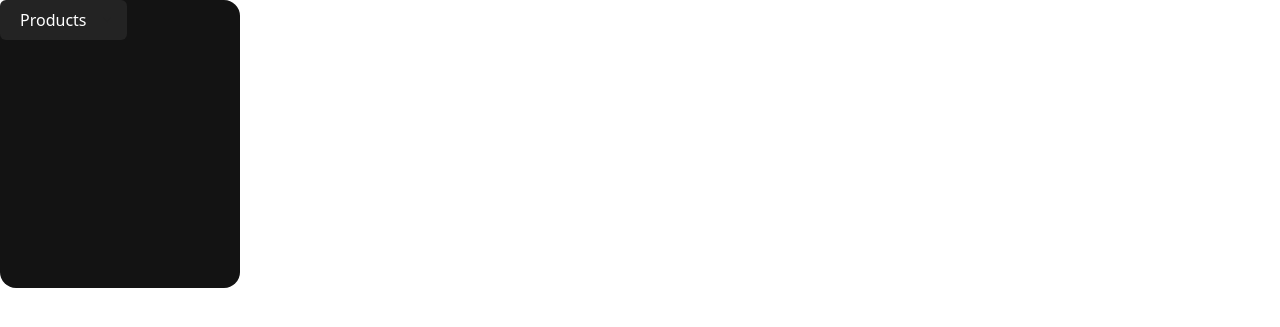
Repository: SayedJamil/Edvora-app
Page: /leftcard
These files come from the project's save history. The page is drawn as it stood at one moment and after a run of saves; the edit follows.
The browser window is 1280 px wide. The pictures show the whole page.
The project was rebuilt for these pictures with package versions that can differ from the ones it lists, and the page was loaded fresh each time. The framework's server and built-in components were replaced by stand-ins that run in the browser. Also part of the build but not shown: next.config.js.

Above is the page before, as saved 2021-12-19 16:01:52.

After the next 2 saves:
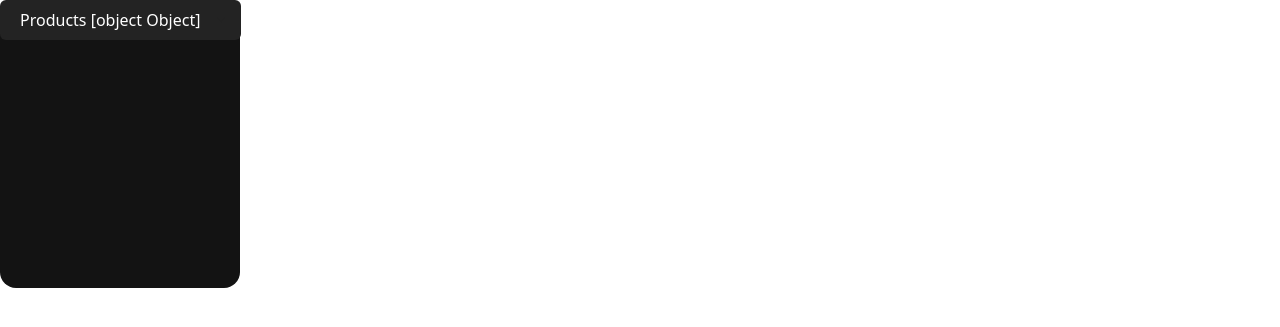
The 2 saves are shown as one change because they came seconds apart.
The last was saved 13 s later.
--- a/pages/leftcard.js
+++ b/pages/leftcard.js
@@ -5,7 +5,9 @@
             <div class="relative inline-flex">
                 <svg class="w-2 h-2 absolute top-0 right-0 m-4 pointer-events-none" xmlns="http://www.w3.org/2000/svg" viewBox="0 0 412 232"><path d="M206 171.144L42.678 7.822c-9.763-9.763-25.592-9.763-35.355 0-9.763 9.764-9.763 25.592 0 35.355l181 181c4.88 4.882 11.279 7.323 17.677 7.323s12.796-2.441 17.678-7.322l181-181c9.763-9.764 9.763-25.592 0-35.355-9.763-9.763-25.592-9.763-35.355 0L206 171.144z" fill="#232323" fill-rule="nonzero" /></svg>
                 <select class="rounded-md h-10 pl-5 pr-10 bg-[#232323] hover:border-[#232323] focus:outline-none appearance-none outline-none text-white">
-                    <option>Products</option>
+                    <option>Products <svg xmlns="http://www.w3.org/2000/svg" className="h-6 w-6" fill="none" viewBox="0 0 24 24" stroke="currentColor">
+                        <path strokeLinecap="round" strokeLinejoin="round" strokeWidth={2} d="M19 14l-7 7m0 0l-7-7m7 7V3" />
+                    </svg></option>
                     <option>Red</option>
                     <option>Blue</option>
                 </select>

After the save that followed:
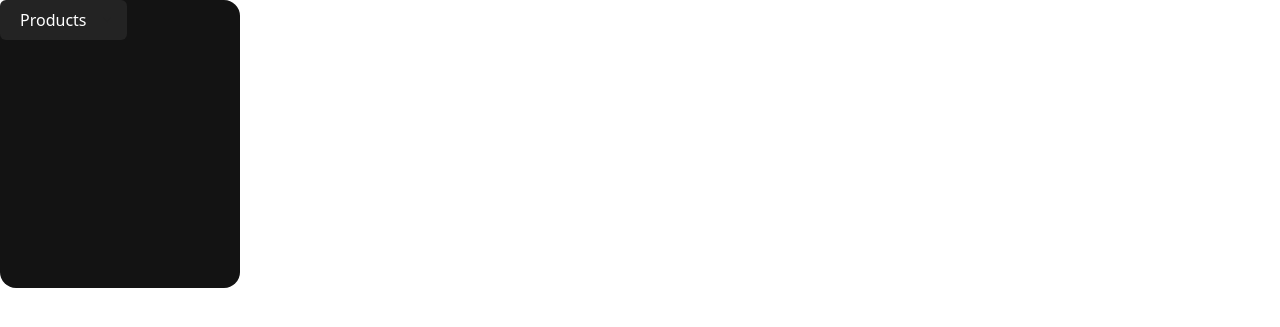
Saved 12 s later.
--- a/pages/leftcard.js
+++ b/pages/leftcard.js
@@ -5,9 +5,7 @@
             <div class="relative inline-flex">
                 <svg class="w-2 h-2 absolute top-0 right-0 m-4 pointer-events-none" xmlns="http://www.w3.org/2000/svg" viewBox="0 0 412 232"><path d="M206 171.144L42.678 7.822c-9.763-9.763-25.592-9.763-35.355 0-9.763 9.764-9.763 25.592 0 35.355l181 181c4.88 4.882 11.279 7.323 17.677 7.323s12.796-2.441 17.678-7.322l181-181c9.763-9.764 9.763-25.592 0-35.355-9.763-9.763-25.592-9.763-35.355 0L206 171.144z" fill="#232323" fill-rule="nonzero" /></svg>
                 <select class="rounded-md h-10 pl-5 pr-10 bg-[#232323] hover:border-[#232323] focus:outline-none appearance-none outline-none text-white">
-                    <option>Products <svg xmlns="http://www.w3.org/2000/svg" className="h-6 w-6" fill="none" viewBox="0 0 24 24" stroke="currentColor">
-                        <path strokeLinecap="round" strokeLinejoin="round" strokeWidth={2} d="M19 14l-7 7m0 0l-7-7m7 7V3" />
-                    </svg></option>
+                    <option>Products </option>
                     <option>Red</option>
                     <option>Blue</option>
                 </select>
